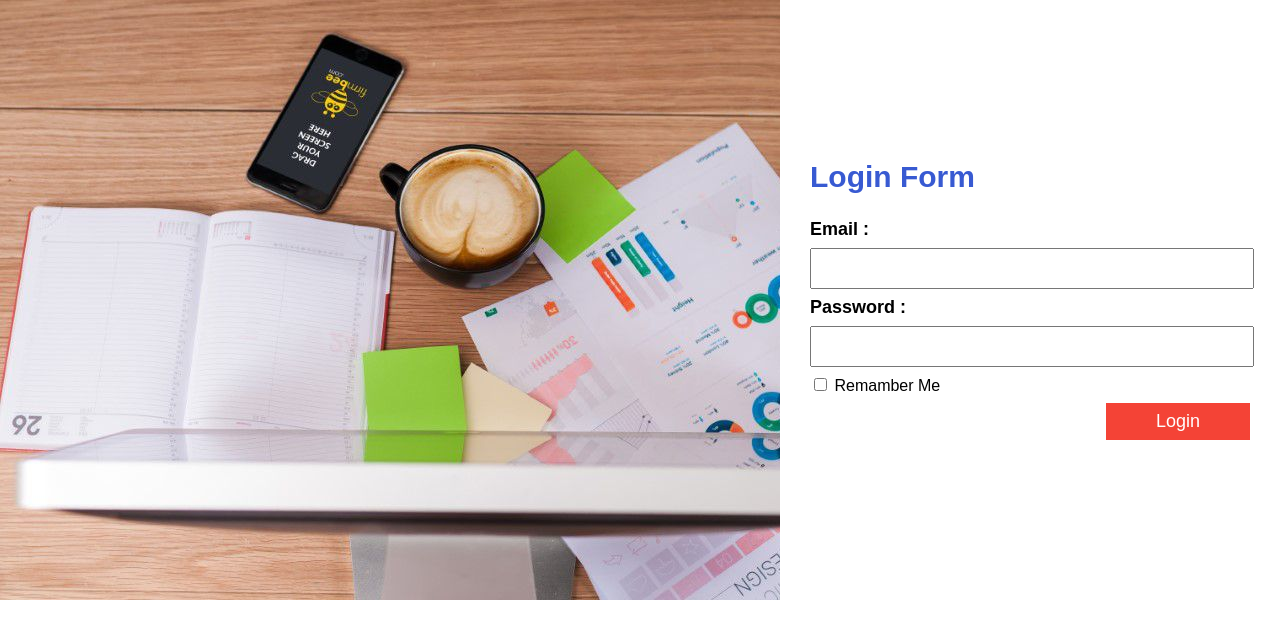
Repository: bayulalu/sekolah-orgaisasi
Page: http://localhost/login-user
These files come from the project's save history. The page is drawn as it stood at one moment and after the next save; the edit follows.
The browser window is 1280 px wide. The pictures show the whole page.
The page is served by the project's Laravel application, run on PHP 8.4 with Laravel 8. Other server files are loaded and not shown.

Above is the page before, as saved 2020-07-19 14:03:05.

### routes/web.php
<?php

use Illuminate\Support\Facades\Route;



// Route::get('/', function () {
//     return view('welcome');
// });



Route::get('/login-user', 'AuthController@login')->name('login');
Route::post('/login-user', 'AuthController@postLogin')->name('login');
Route::get('/event', 'ArtikelController@event')->name('event');

Route::group(['middleware' => 'auth'], function(){

    Route::get('/register-user','AuthController@registerUser')->name('register');
    Route::post('/register-user','AuthController@storeUser')->name('register');
    Route::get('/logout', 'AuthController@logout' )->name('logout');

    Route::get('/create-envet', 'ArtikelController@create')->name('create-event');
    Route::post('/create-envet', 'ArtikelController@store')->name('create-event');

    Route::get('/event-delete/{slug}', 'ArtikelController@delete');
    Route::get('/event-update/{slug}', 'ArtikelController@edit');
    Route::post('/event-update/{slug}', 'ArtikelController@update');
});

Route::get('/', 'ArtikelController@index')->name('home');
Route::get('/event/{slug}', 'ArtikelController@showDetail')->name('singgel-event');


// Route::get('/tes', function () {
//     return view('gush.singgle');

// });

// Auth::routes();

// Route::get('/home', 'HomeController@index')->name('home');

### app/Http/Controllers/AuthController.php
<?php

namespace App\Http\Controllers;

use Auth;
use Illuminate\Http\Request;
use App\Models\User;
use Illuminate\Support\Facades\Auth as FacadesAuth;

class AuthController extends Controller
{
    public function login()
    {
        return view('auth2.login');
    }

    public function postLogin(Request $request)
    {
        // die('mask');

        $this->validate($request, [
            'user' => 'required',
            'password' => 'required'
        ]);


        $users = auth()->attempt(['user' => $request->user, 'password' => $request->password]);

        if (!$users) {
            return redirect()->back()->withInput($request->only('user', 'password'));
        }

        return redirect()->route('home');
    }

    public function registerUser()
    {
        if(Auth::user()->level != 1){
            return redirect()->route('home');

        }


        return view('auth2.register');
    }

    public function storeUser(Request $request)
    {

        if(Auth::user()->level != 1){
            return redirect()->route('home');

        }

        $this->validate($request, [
            'name' => 'required',
            'user' => 'required|unique:users',
            'organisasi' => 'required',
            'password' => 'required|string'
        ]);


      User::create([
            'name' => $request->name,
            'user' => $request->user,
            'status' => $request->organisasi,
            'password' =>  bcrypt($request->password),
            'level' => 2,
        ]);

        return redirect()->route('register')->with('msg','User Berhasil Di Tambah');


    }



    public function logout()
    {
        Auth::logout();
        return redirect()->route('home');
    }
}

### resources/views/auth2/login.blade.php


<!DOCTYPE html>
<html lang="en">
<head>
    <meta charset="UTF-8">
    <meta name="viewport" content="width=device-width, initial-scale=1.0">
    <meta http-equiv="X-UA-Compatible" content="ie=edge">
    <title>Login</title>
</head>
    <link rel="stylesheet" href="{{ asset('css/login.css') }}">
<body>
    <div class="d1">

    </div>
    <div class="login">
      <form class="" action="index.html" method="post">
        <h2>
    Login Form</h2>
    <label for="">Email :</label>
        <input class="txtb" type="text" name="" value="">
        <label for="">Password :</label>
        <input class="txtb" type="password" name="" value="">
        <div class="check">

        <input type="checkbox" name="" value="">
        <span>Remamber Me</span>

      </div>
    <input class="btn" type="button" name="" value="Login">
      </form>
    </div>
</body>
</html>

### public/css/login.css
body,
html {
    margin: 0;
    padding: 0;
    height: 100%;
    font-family: sans-serif;
}
.d1 {
    width: 70%;
    height: 100%;
    overflow: hidden;
    float: left;
    /* background: ("../img/intro-bg.png") center; */
    background-image: url("../img/login.jpg")  ;
    background-repeat: no-repeat;
}
.login {
    position: fixed;
    overflow: hidden;
    width: 100%;
    max-width: 500px;
    right: 0;
    margin: 0;
    background: #fff;
    height: 100%;
    z-index: 1;
}
.login form {
    margin: 160px 30px;
}
.login h2 {
    font-size: 30px;
    color: #385ad2;
}
.login label {
    display: block;
    font-size: 18px;
    font-weight: 700;
    margin: 8px 0;
}
.txtb {
    width: 100%;
    padding: 8px 0;
    font-size: 18px;
}
.check {
    margin: 8px 0;
}
.btn {
    display: block;
    float: right;
    background: #f44336;
    font-size: 18px;
    padding: 8px 50px;
    color: white;
    border: none;
}

Loaded but not shown: app/Http/Controllers/Controller.php (common file)

After the next save:
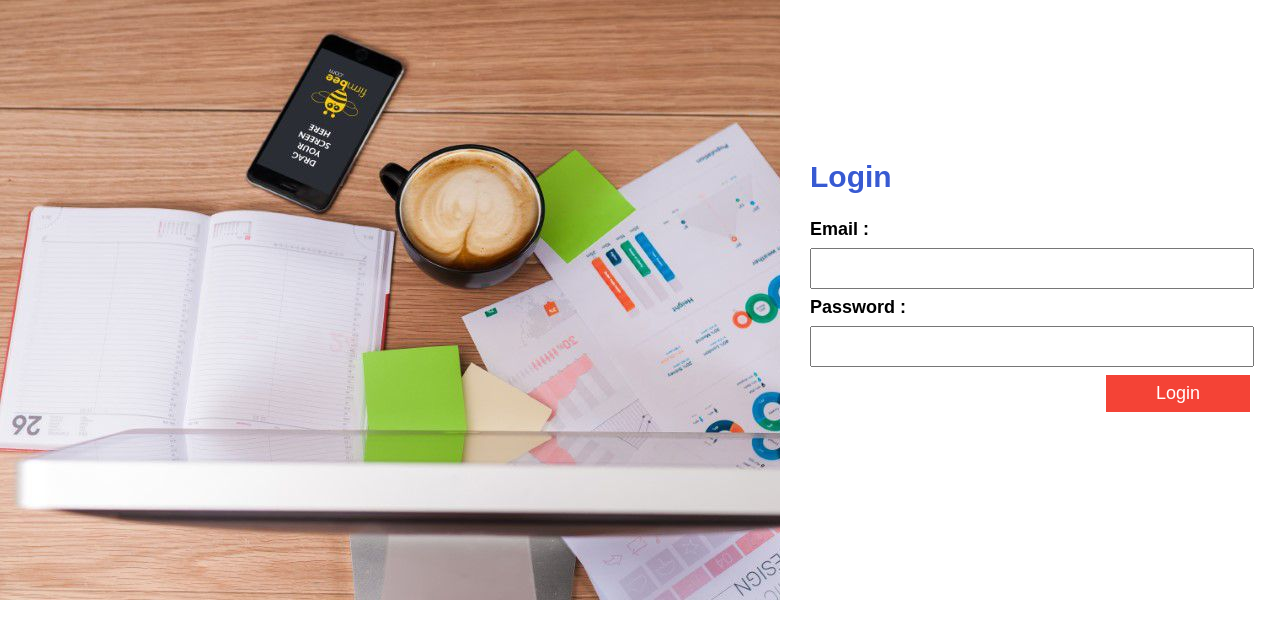
Saved 17 s later.
--- a/resources/views/auth2/login.blade.php
+++ b/resources/views/auth2/login.blade.php
@@ -15,19 +15,15 @@
     </div>
     <div class="login">
       <form class="" action="index.html" method="post">
-        <h2>
-    Login Form</h2>
+        <h2>Login </h2>
     <label for="">Email :</label>
         <input class="txtb" type="text" name="" value="">
         <label for="">Password :</label>
         <input class="txtb" type="password" name="" value="">
         <div class="check">
 
-        <input type="checkbox" name="" value="">
-        <span>Remamber Me</span>
-
       </div>
-    <input class="btn" type="button" name="" value="Login">
+            <input class="btn" type="button" name="" value="Login">
       </form>
     </div>
 </body>
